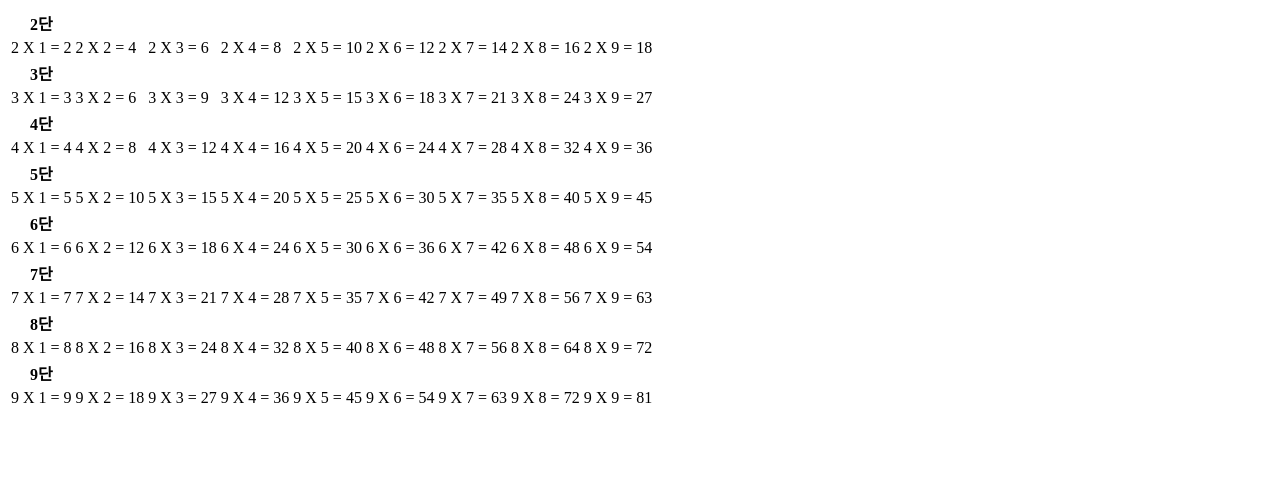
Repository: zodib0123/kdt_jsp
Page: http://localhost/MustHaveJSP/Mission/Gugudan1.jsp
An editor plug-in stored every save of this project. The page is shown before and after the next save, followed by the edit.
The browser window is 1280 px wide. The pictures show the whole page.
The page is served by Tomcat 10. Other server files are loaded and not shown.

Above is the page before, as saved 2025-09-22 08:03:40.

### MustHaveJSP/src/main/webapp/Mission/Gugudan1.jsp
<%@page import="jdk.internal.org.jline.terminal.TerminalBuilder.SystemOutput"%>
<%@ page language="java" contentType="text/html; charset=UTF-8"
    pageEncoding="UTF-8"%>
<%!
public void gugudan(int n) {

}
%>
<!DOCTYPE html>
<html>
<head>
<meta charset="UTF-8">
<title>Insert title here</title>
</head>
<body>
<%
// for (int i = 2; i < 10; i++) {
// 	out.println("<h1>" + i + "단 </h1>");
// 	for (int j = 1; j < 10; j++) {
// 		out.println("<p>" + i + " X " + j + " = " + j * i + "</p>");
// 	}
// }
%>
<table>
<%
for (int i = 2; i < 10; i++) {
	out.println("<th>" + i + "단 </th>");
	out.println("<tr>");
	for (int j = 1; j < 10; j++) {
		out.println("<td>" + i + " X " + j + " = " + j * i + "</td>");
	}
	out.println("</tr>");
}
%>
</table>
</body>
</html>

After the next save:
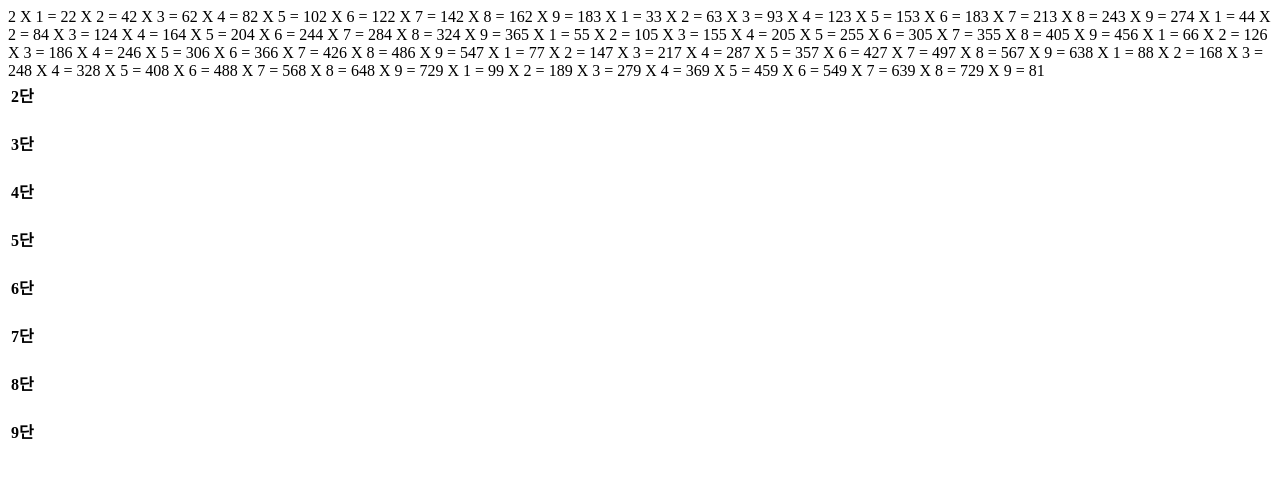
Saved 20 s later.
--- a/MustHaveJSP/src/main/webapp/Mission/Gugudan1.jsp
+++ b/MustHaveJSP/src/main/webapp/Mission/Gugudan1.jsp
@@ -27,7 +27,7 @@ for (int i = 2; i < 10; i++) {
 	out.println("<th>" + i + "단 </th>");
 	out.println("<tr>");
 	for (int j = 1; j < 10; j++) {
-		out.println("<td>" + i + " X " + j + " = " + j * i + "</td>");
+		out.println("<tr>" + i + " X " + j + " = " + j * i + "</tr>");
 	}
 	out.println("</tr>");
 }
